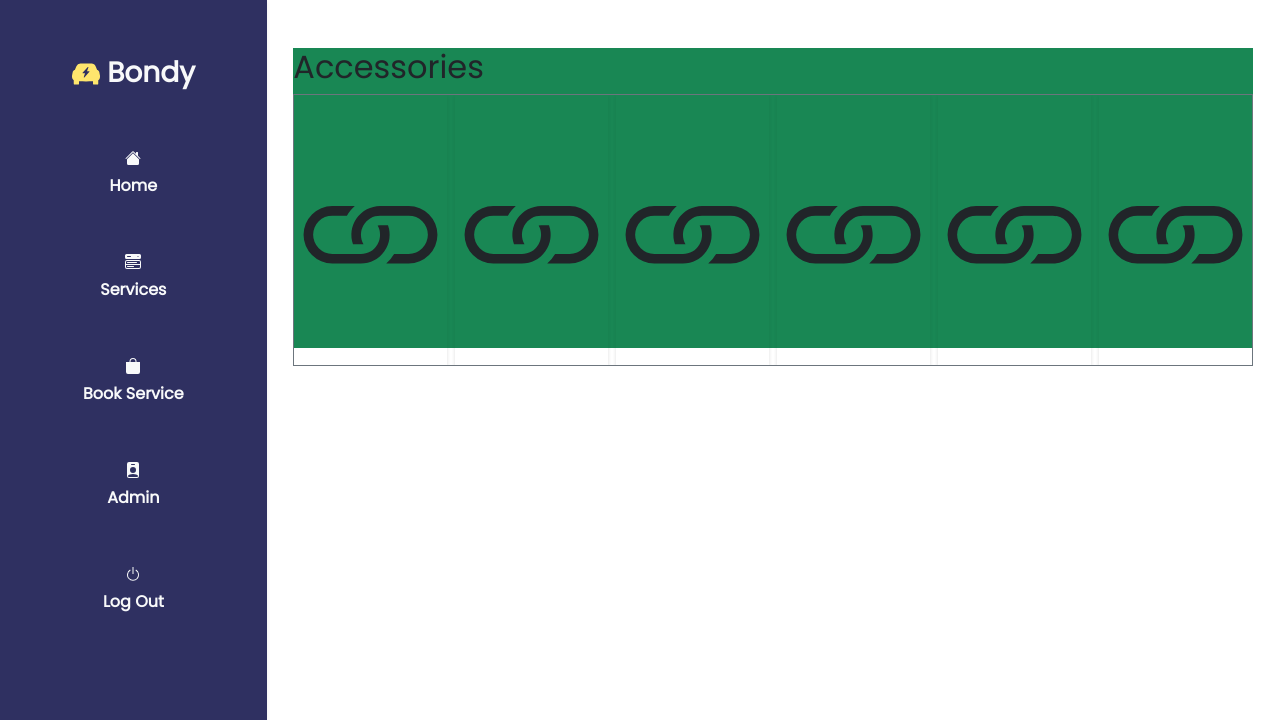
Repository: duzzisantos/bondy
Page: /
These files come from the project's save history. The page is drawn as it stood at one moment and after the next save; the edit follows.
The browser window is 1280 px wide. The pictures show the whole page.
Some web libraries are served in a nearby version. The project was rebuilt for these pictures with package versions that can differ from the ones it lists, and the page was loaded fresh each time.

Above is the page before, as saved 2023-06-18 00:27:18.

After the next save:
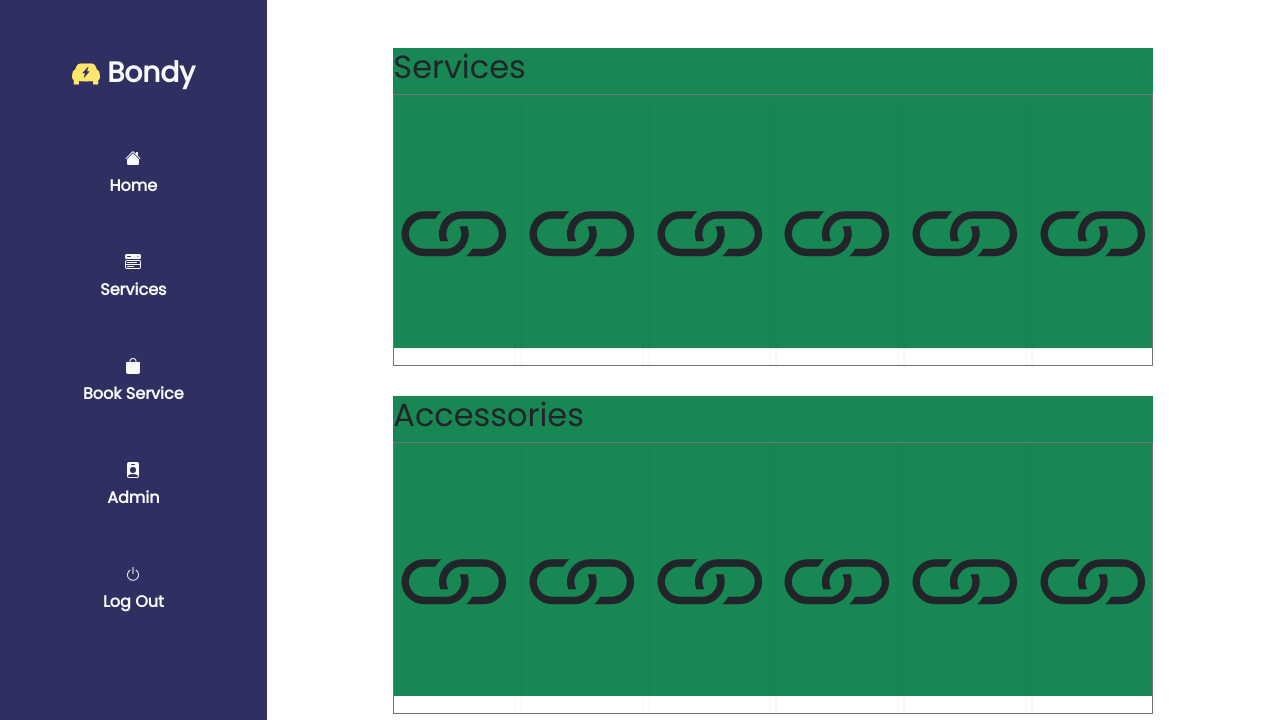
Saved 35 s later.
--- a/src/components/Home/LandingPageScrollContainer.tsx
+++ b/src/components/Home/LandingPageScrollContainer.tsx
@@ -15,7 +15,7 @@
   handleClick,
 }) => {
   return (
-    <section className="col-9 bg-success scroll-container-fixed scroll-container-size">
+    <section className="col-9 bg-success scroll-container-size">
       <h2 className="text-start">{category}</h2>
       <div className=" overflow-x-scroll d-flex flex-row hstack gap-2 border border-secondary">
         {content.map((element, index) => (

After the 2 saves that followed:
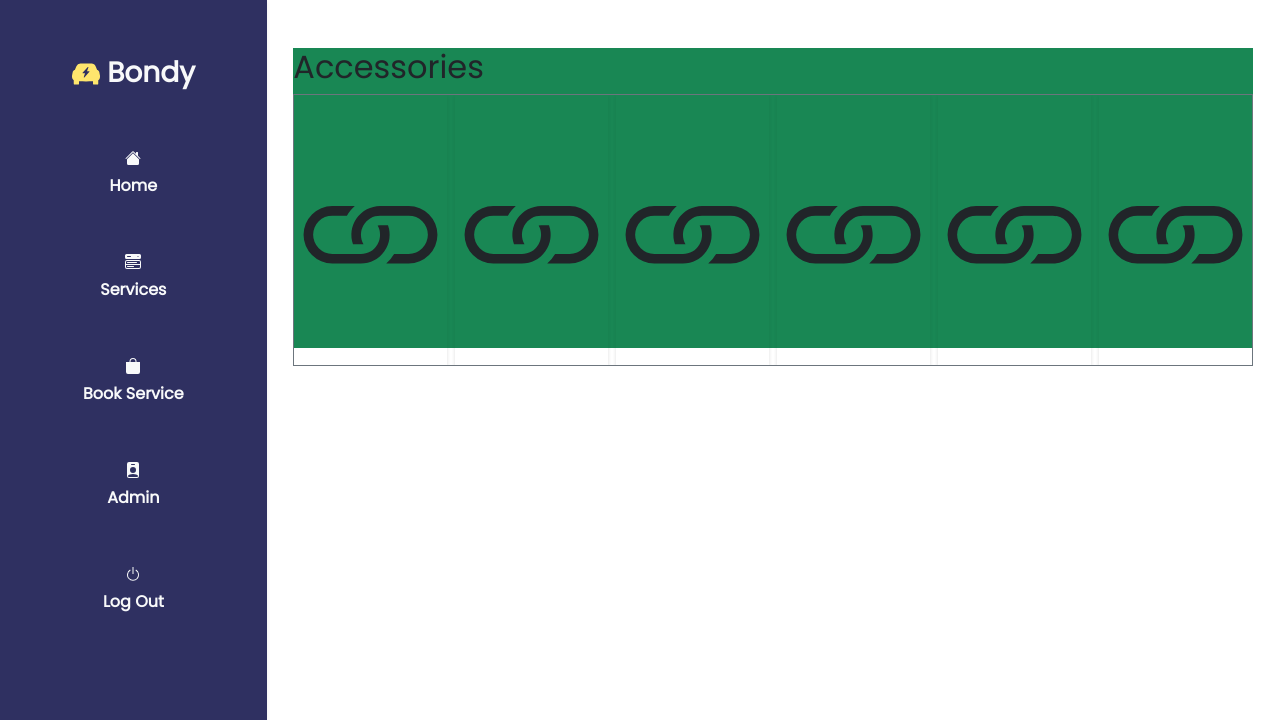
The 2 saves are shown as one change because 1 left the picture as it was.
The last was saved 66 s later.
--- a/src/components/Home/LandingPageScrollContainer.tsx
+++ b/src/components/Home/LandingPageScrollContainer.tsx
@@ -15,7 +15,7 @@
   handleClick,
 }) => {
   return (
-    <section className="col-9 bg-success scroll-container-size">
+    <section className="col-9 bg-success scroll-container-fixed scroll-container-size">
       <h2 className="text-start">{category}</h2>
       <div className=" overflow-x-scroll d-flex flex-row hstack gap-2 border border-secondary">
         {content.map((element, index) => (
